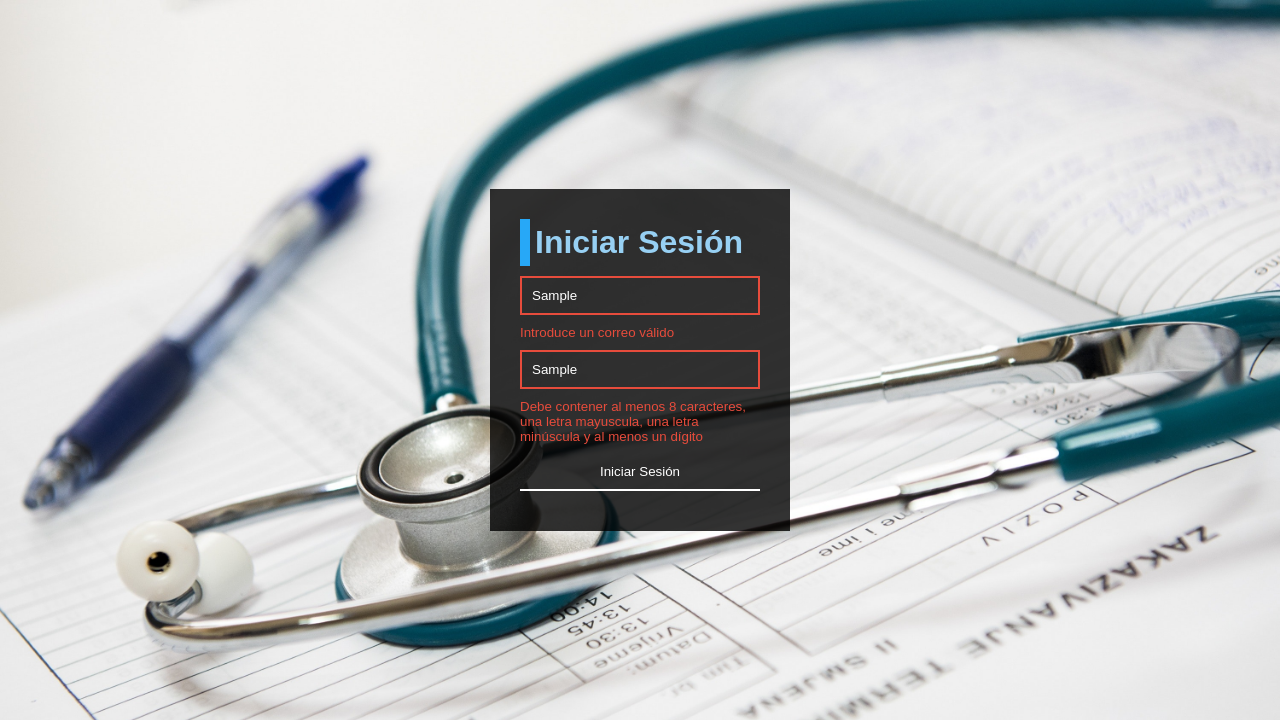
Repository: alejandropiuryp/clinica
Page: http://localhost/XE/login.php
The author's editor kept a copy of each file at every save. The page is drawn from the files as they stood at one save, then again after the next save.
The browser window is 1280 px wide. The pictures show the whole page.
Empty fields were first filled with sample values (such as "Sample", 5 or name@example.com).
After loading, the first visible `form` was submitted once.
Some web fonts or font styles are not loaded; a fallback is used. The page is run by PHP 8.4 with error messages shown; the project is at /var/www/html/.

Above is the page before, as saved 2020-05-10 14:40:59.

After the next save:
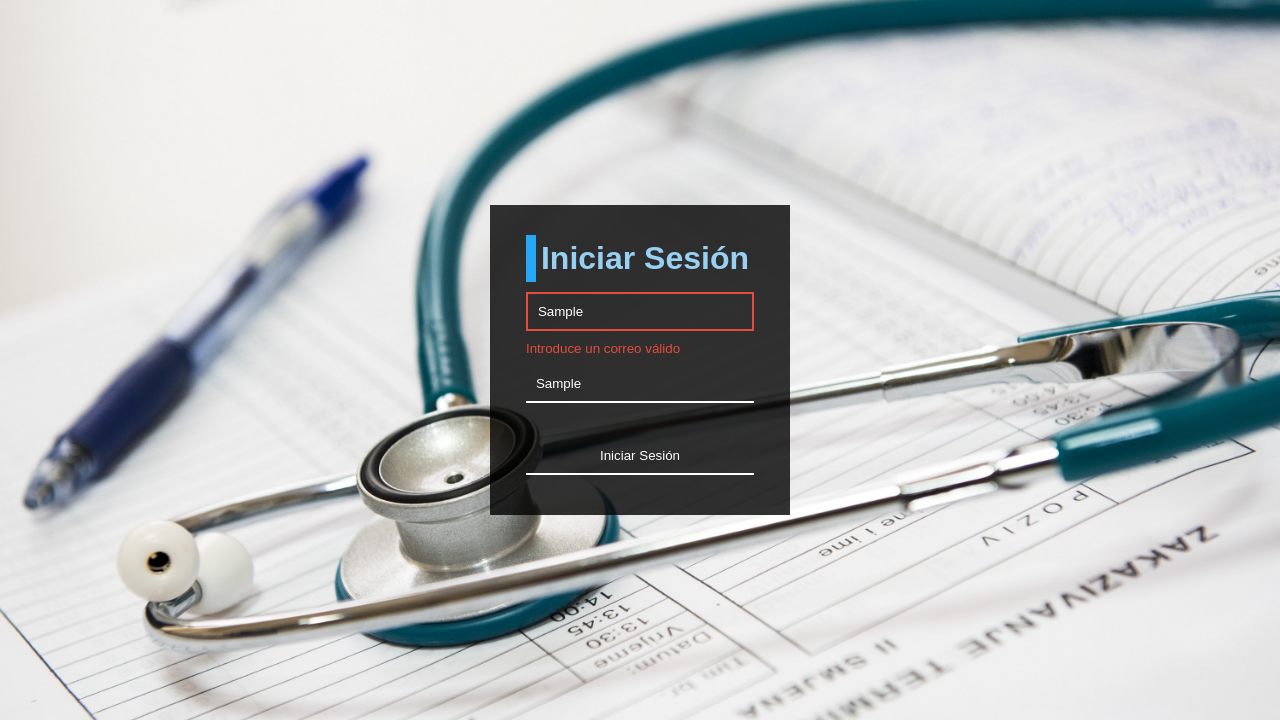
Saved 13 s later.
--- a/ClinicaReconocimiento/js/registro_usuario.js
+++ b/ClinicaReconocimiento/js/registro_usuario.js
@@ -22,11 +22,11 @@ function validateForm(){
 
 function validateLog(){
 	var error1 = checkEmail();
-	var error2 = checkPass();
+	var error2 = checkPassLog();
 	return (error1.length == 0) && (error2.length == 0);
 }
 
-function checkPass(){
+function checkPassLog(){
 	const passValue = document.getElementById("contrasena").value.trim();
 	if(passValue == ''){
 		errorFor(document.getElementById("contrasena"), document.getElementById("smallContrasena"), 'La contraseña no puede estar vacía');
